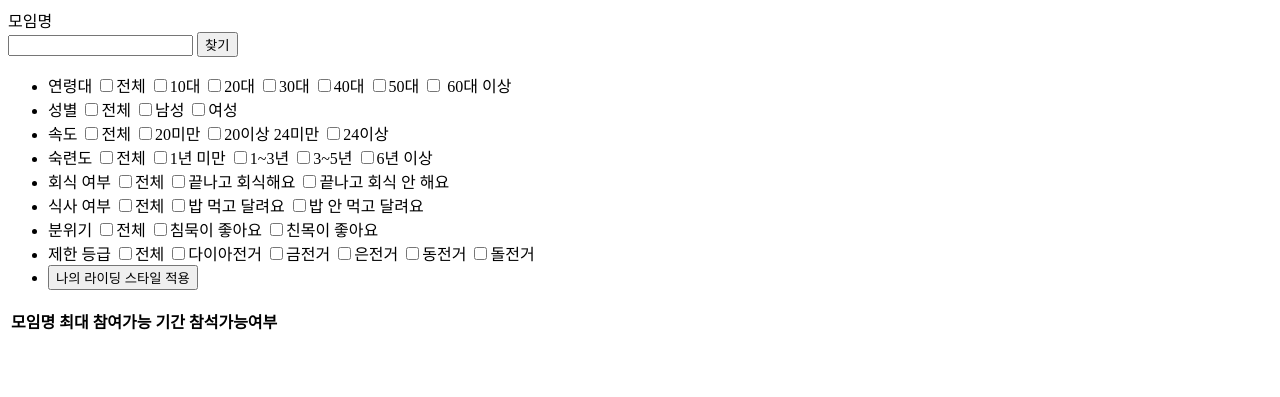
Repository: onpul/TEAM1
Page: http://localhost/Riding/mj/RidingList.jsp
These files come from the project's save history. The page is drawn as it stood at one moment and after the next save; the edit follows.
The browser window is 1280 px wide. The pictures show the whole page.
The page is served by Tomcat 9. Other server files are loaded and not shown.

Above is the page before, as saved 2022-06-04 10:43:14.

### Riding/WebContent/mj/RidingList.jsp
<%@ page contentType="text/html; charset=UTF-8"%>
<%
	request.setCharacterEncoding("UTF-8");
	String cp = request.getContextPath();
%>
<!DOCTYPE html>
<html>
<head>
<meta charset="UTF-8">
<title>Insert title here</title>
</head>
<body>
<div>
	<div>모임명</div>
	<input type="text" />
	<input type="button" value="찾기"/>
</div>
<div>
	<ul>
		<li> 연령대
		<label><input type="checkbox" name="age" value="전체">전체</label>
		<label><input type="checkbox" name="age" value="10대">10대</label>
		<label><input type="checkbox" name="age" value="20대">20대</label>
		<label><input type="checkbox" name="age" value="30대">30대</label>
		<label><input type="checkbox" name="age" value="40대">40대</label>
		<label><input type="checkbox" name="age" value="50대">50대</label>
		<label><input type="checkbox" name="age" value="60대 이상"> 60대 이상</label>
		</li>
		<li> 성별
		<label><input type="checkbox" name="gender" value="전체"/>전체</label>
		<label><input type="checkbox" name="gender" value="남성"/>남성</label>
		<label><input type="checkbox" name="gender" value="여성"/>여성</label>
		</li>
		<li> 속도
		<label><input type="checkbox" name="speed" value="전체"/>전체</label>
		<label><input type="checkbox" name="speed" value="20미만"/>20미만</label>
		<label><input type="checkbox" name="speed" value="20이상 24미만"/>20이상 24미만</label>
		<label><input type="checkbox" name="speed" value="24이상"/>24이상</label>
		</li>
		<li> 숙련도
		<label><input type="checkbox" name="step" value="전체"/>전체</label>
		<label><input type="checkbox" name="step" value="1년 미만"/>1년 미만</label>
		<label><input type="checkbox" name="step" value="1~3년"/>1~3년</label>
		<label><input type="checkbox" name="step" value="3~5년"/>3~5년</label>
		<label><input type="checkbox" name="step" value="6년 이상"/>6년 이상</label>
		</li>
		<li> 회식 여부
		<label><input type="checkbox" name="dinning" value="전체"/>전체</label>
		<label><input type="checkbox" name="dinning" value="끝나고 회식해요"/>끝나고 회식해요</label>
		<label><input type="checkbox" name="dinning" value="끝나고 회식 안 해요"/>끝나고 회식 안 해요</label>
		</li>
		<li> 식사 여부
		<label><input type="checkbox" name="eat" value="전체"/>전체</label>
		<label><input type="checkbox" name="eat" value="밥 먹고 달려요"/>밥 먹고 달려요</label>
		<label><input type="checkbox" name="eat" value="밥 안 먹고 달려요"/>밥 안 먹고 달려요</label>
		</li>
		<li> 분위기
		<label><input type="checkbox" name="mood" value="전체"/>전체</label>
		<label><input type="checkbox" name="mood" value="침묵이 좋아요"/>침묵이 좋아요</label>
		<label><input type="checkbox" name="mood" value="친목이 좋아요"/>친목이 좋아요</label>
		</li>
		<li> 제한 등급
		<label><input type="checkbox" name="grade" value="전체"/>전체</label>
		<label><input type="checkbox" name="grade" value="다이아전거"/>다이아전거</label>
		<label><input type="checkbox" name="grade" value="금전거"/>금전거</label>
		<label><input type="checkbox" name="grade" value="은전거"/>은전거</label>
		<label><input type="checkbox" name="grade" value="동전거"/>동전거</label>
		<label><input type="checkbox" name="grade" value="돌전거"/>돌전거</label>
		</li>
		<li><input type="button" value="나의 라이딩 스타일 적용"/></li>
	</ul>
</div>
<div>
	<table>
		<th>모임명</th>
		<th>최대</th>
		<th>참여가능</th>
		<th>기간</th>
		<th>참석가능여부</th>
	</table>
</div>
</body>
</html>

After the next save:
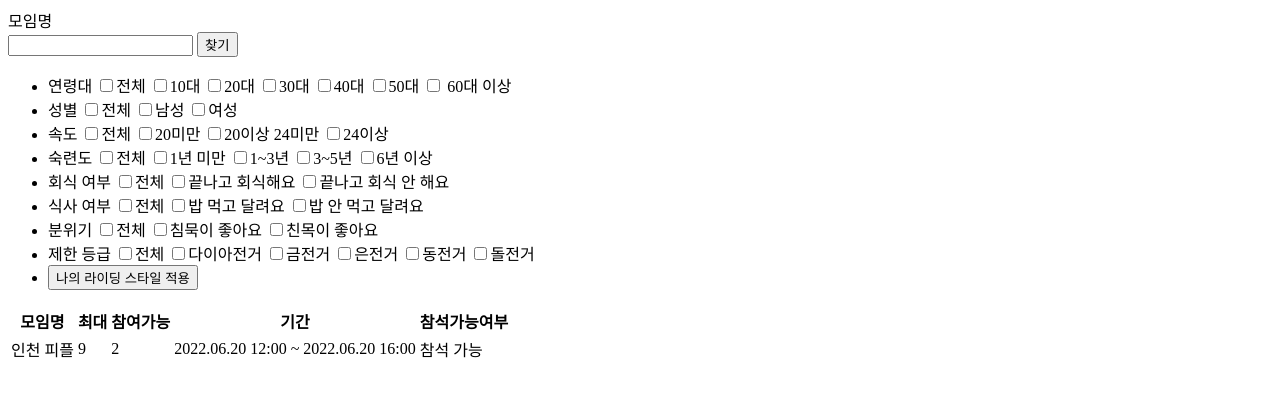
Saved 2 min 1 s later.
--- a/Riding/WebContent/mj/RidingList.jsp
+++ b/Riding/WebContent/mj/RidingList.jsp
@@ -77,6 +77,13 @@
 		<th>참여가능</th>
 		<th>기간</th>
 		<th>참석가능여부</th>
+		<tr>
+			<td>인천 피플</td>
+			<td>9</td>
+			<td>2</td>
+			<td>2022.06.20 12:00 ~ 2022.06.20 16:00</td>
+			<td>참석 가능</td>
+		</tr>
 	</table>
 </div>
 </body>
